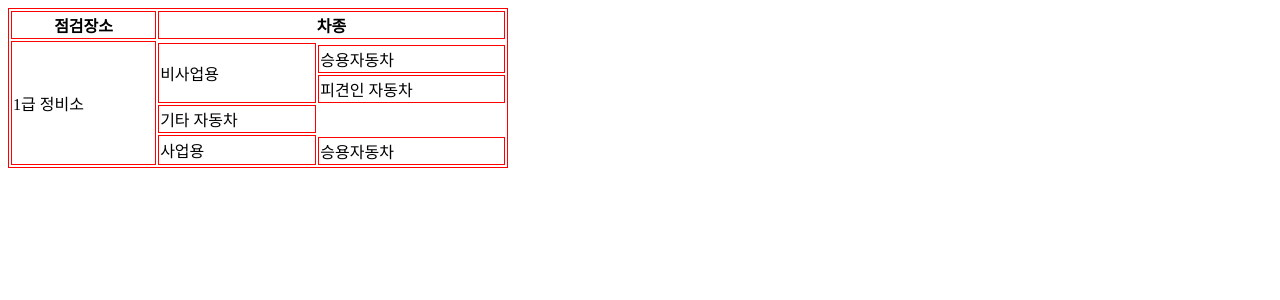
Repository: kisunssong/jsp
Page: http://localhost/test/tabletest.jsp
An editor plug-in stored every save of this project. The page is shown before and after the next save, followed by the edit.
The browser window is 1280 px wide. The pictures show the whole page.
The page is served by Tomcat 9.

Above is the page before, as saved 2020-10-31 09:25:21.

### test/WebContent/tabletest.jsp
<%@ page language="java" contentType="text/html; charset=EUC-KR"
    pageEncoding="EUC-KR"%>
<html>
<head><title>테이블 생성 기초</title></head>
<body>
<table border="1" bordercolor="red" width="500">
	<thead>
		<tr>
			<th>점검장소</th><th colspan="2">차종</th>
		</tr>
	</thead>
	<tbody>
		<tr>
			<td rowspan="7">1급 정비소</td>
		</tr>
		<tr>
			<td rowspan="3">비사업용</td>
		</tr>
		<tr>
			<td>승용자동차</td>
		</tr>
		<tr>
			<td>피견인 자동차</td>
		</tr>
		<tr>
			<td>기타 자동차</td>
		</tr>
		<tr>
			<td rowspan="4">사업용</td>
		</tr>
		<tr>
			<td>승용자동차</td>
		</tr>
	</tbody>
</table>
</body>
</html>

After the next save:
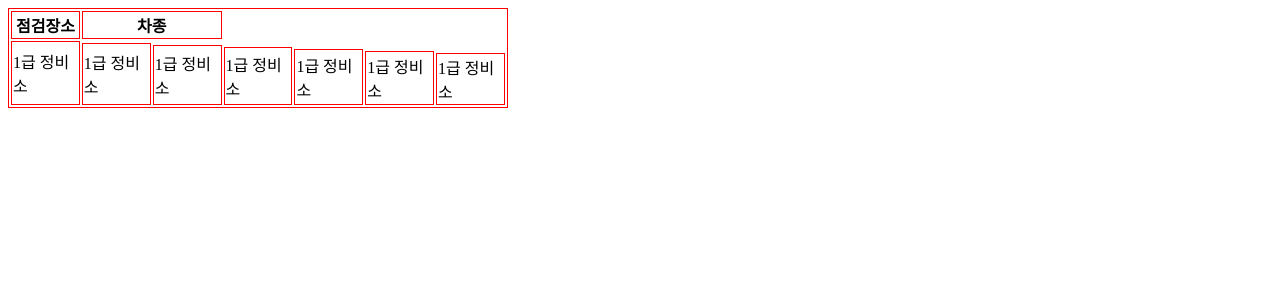
Saved 45 s later.
--- a/test/WebContent/tabletest.jsp
+++ b/test/WebContent/tabletest.jsp
@@ -14,22 +14,22 @@
 			<td rowspan="7">1급 정비소</td>
 		</tr>
 		<tr>
-			<td rowspan="3">비사업용</td>
+			<td rowspan="7">1급 정비소</td>
 		</tr>
 		<tr>
-			<td>승용자동차</td>
+			<td rowspan="7">1급 정비소</td>
 		</tr>
 		<tr>
-			<td>피견인 자동차</td>
+			<td rowspan="7">1급 정비소</td>
 		</tr>
 		<tr>
-			<td>기타 자동차</td>
+			<td rowspan="7">1급 정비소</td>
 		</tr>
 		<tr>
-			<td rowspan="4">사업용</td>
+			<td rowspan="7">1급 정비소</td>
 		</tr>
 		<tr>
-			<td>승용자동차</td>
+			<td rowspan="7">1급 정비소</td>
 		</tr>
 	</tbody>
 </table>
